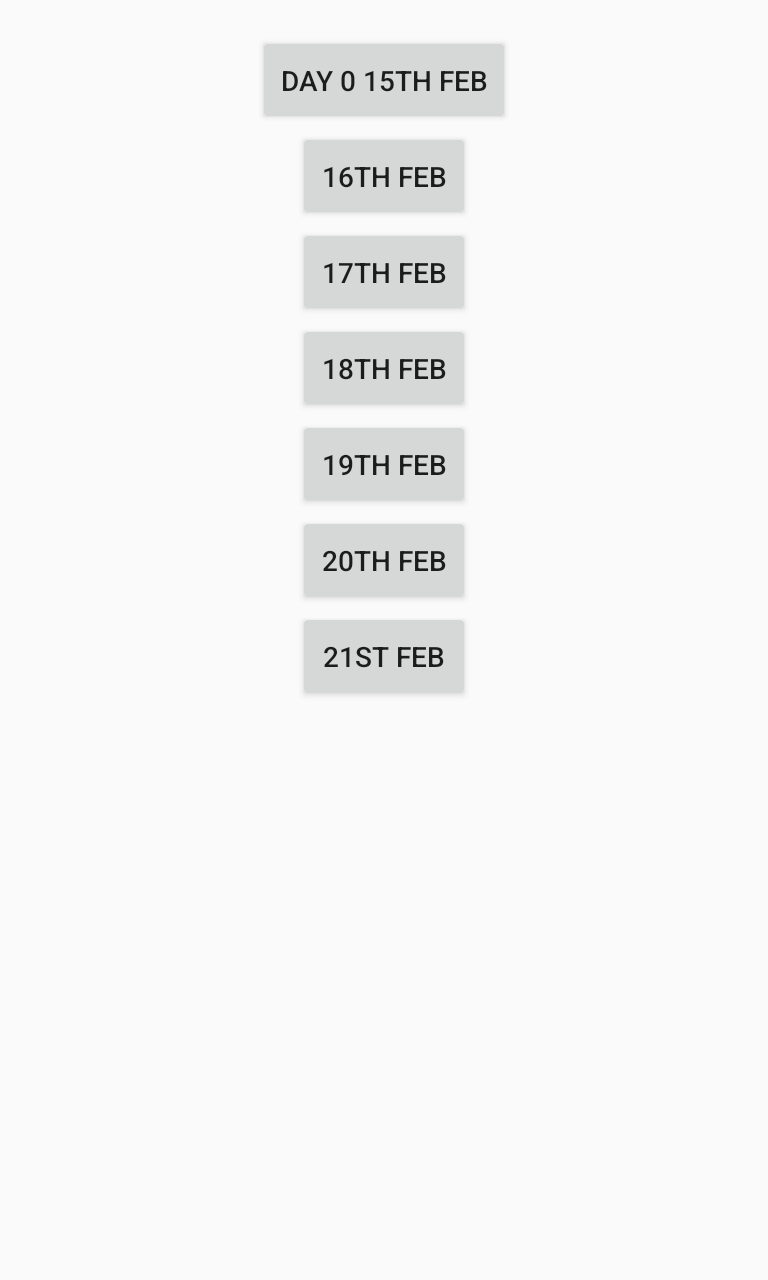
Repository: Attaphon1996/Engineering-Stuff
Layout: OSource/Android Play/Android_Projects/YASH15.0/res/layout/activity_main.xml
An editor plug-in stored every save of this project. The layout is shown before and after the next save, followed by the edit.
It is drawn on a 768 x 1280 px phone screen (xhdpi) without system bars, with theme AppTheme; the app's code is not run.

Above is the layout before, as saved 2015-02-08 04:47:00.

### OSource/Android Play/Android_Projects/YASH15.0/res/layout/activity_main.xml
<LinearLayout xmlns:android="http://schemas.android.com/apk/res/android"
    xmlns:tools="http://schemas.android.com/tools"
    android:layout_width="match_parent"
    android:layout_height="match_parent"
    android:paddingBottom="@dimen/activity_vertical_margin"
    android:paddingLeft="@dimen/activity_horizontal_margin"
    android:paddingRight="@dimen/activity_horizontal_margin"
    android:paddingTop="@dimen/activity_vertical_margin"
    tools:context="com.mundheyrohan.yash15.MainActivity"
    android:orientation="vertical"
    >

    <Button
        android:id="@+id/day0"
        android:layout_width="wrap_content"
        android:layout_height="wrap_content"
        android:text="@string/day0"

        android:layout_gravity="center" />
    <Button
        android:id="@+id/day1"
        android:layout_width="wrap_content"
        android:layout_height="wrap_content"
        android:text="@string/day1"
        android:layout_gravity="center" />
    <Button
        android:id="@+id/day2"
        android:layout_width="wrap_content"
        android:layout_height="wrap_content"
        android:text="@string/day2"
        android:layout_gravity="center" />
    <Button
        android:id="@+id/day3"
        android:layout_width="wrap_content"
        android:layout_height="wrap_content"
        android:text="@string/day3"
        android:layout_gravity="center" />
    <Button
        android:id="@+id/day4"
        android:layout_width="wrap_content"
        android:layout_height="wrap_content"
        android:text="@string/day4"
        android:layout_gravity="center" />
    <Button
        android:id="@+id/day5"
        android:layout_width="wrap_content"
        android:layout_height="wrap_content"
        android:text="@string/day5"
        android:layout_gravity="center" />
    <Button
        android:id="@+id/day6"
        android:layout_width="wrap_content"
        android:layout_height="wrap_content"
        android:text="@string/day6"
        android:layout_gravity="center" />

</LinearLayout>

### OSource/Android Play/Android_Projects/YASH15.0/res/values/strings.xml
<?xml version="1.0" encoding="utf-8"?>
<resources>

    <string name="app_name">YASH 15.0</string>
    <string name="hello_world">Hello world!</string>
    <string name="action_settings">Settings</string>
    <string name="day0">Day 0 <BR></BR>15th Feb</string>
    <string name="day1">16th Feb</string>
    <string name="day2">17th Feb</string>
    <string name="day3">18th Feb</string>
    <string name="day4">19th Feb</string>
    <string name="day5">20th Feb</string>
    <string name="day6">21st Feb</string>
    <string name="technical">Technical</string>
    <string name="cultural">Cultural</string>
    <string name="sports">Sports</string>


</resources>

Loaded but not shown: OSource/Android Play/Android_Projects/YASH15.0/res/values/styles.xml (common file); OSource/Android Play/Android_Projects/YASH15.0/res/values-v11/styles.xml (common file); OSource/Android Play/Android_Projects/YASH15.0/res/values-v14/styles.xml (common file); OSource/Android Play/Android_Projects/YASH15.0/res/values/dimens.xml (common file); OSource/Android Play/Android_Projects/YASH15.0/res/values-w820dp/dimens.xml (common file)

After the next save:
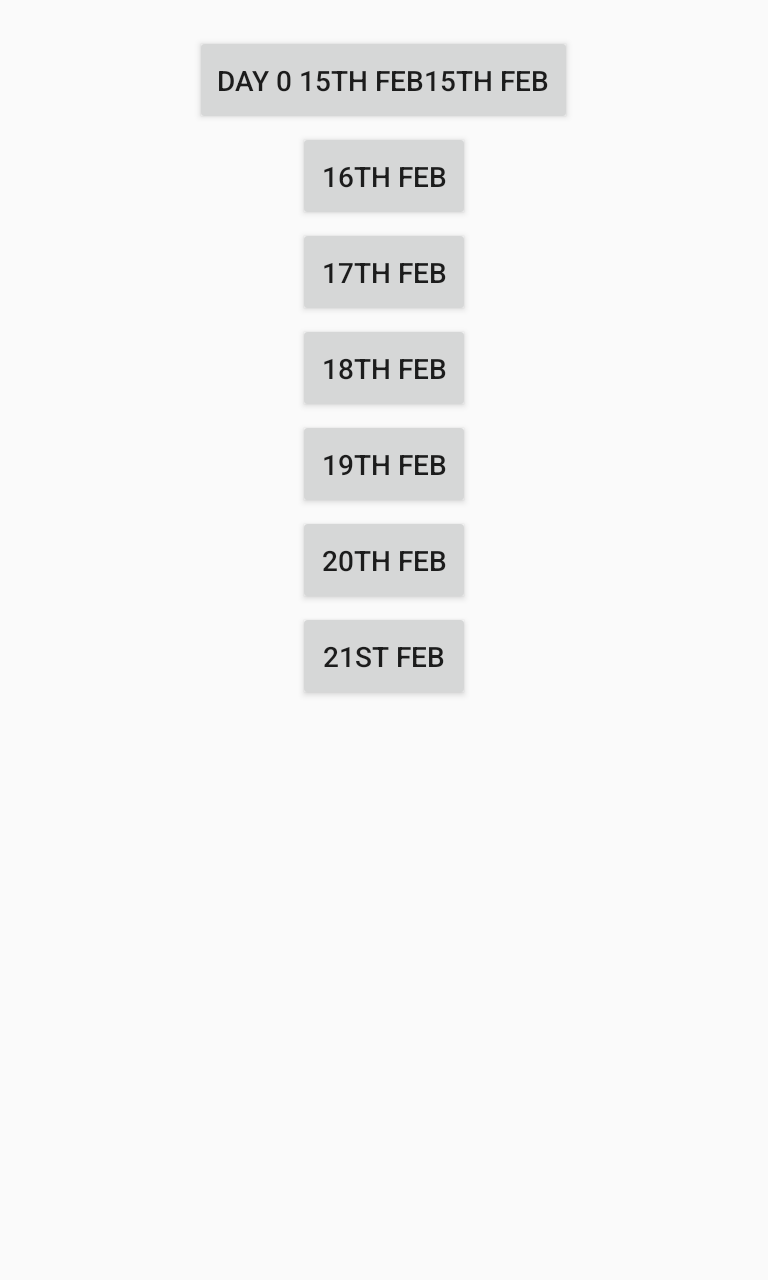
Saved 20 s later.
--- a/OSource/Android Play/Android_Projects/YASH15.0/res/values/strings.xml
+++ b/OSource/Android Play/Android_Projects/YASH15.0/res/values/strings.xml
@@ -4,7 +4,7 @@
     <string name="app_name">YASH 15.0</string>
     <string name="hello_world">Hello world!</string>
     <string name="action_settings">Settings</string>
-    <string name="day0">Day 0 <BR></BR>15th Feb</string>
+    <string name="day0">Day 0 <BR>15th Feb</BR>15th Feb</string>
     <string name="day1">16th Feb</string>
     <string name="day2">17th Feb</string>
     <string name="day3">18th Feb</string>

After the save that followed:
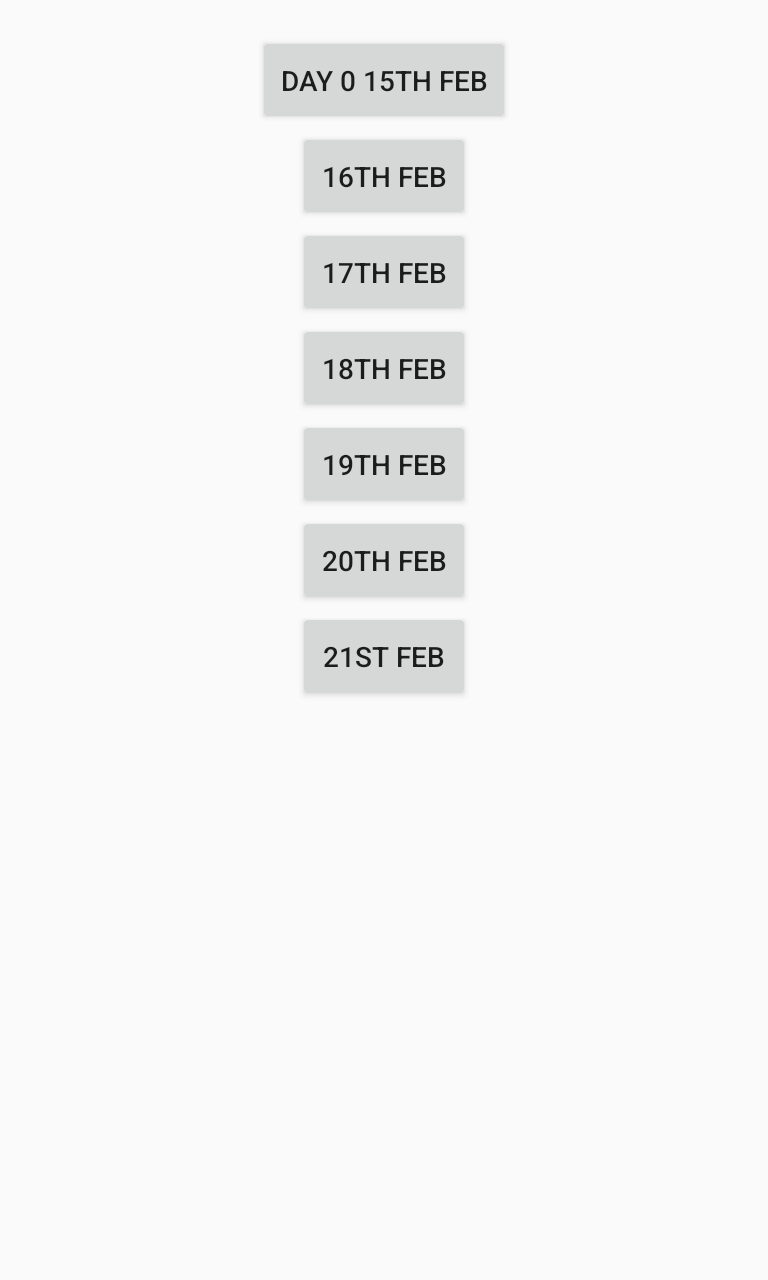
Saved 5 s later.
--- a/OSource/Android Play/Android_Projects/YASH15.0/res/values/strings.xml
+++ b/OSource/Android Play/Android_Projects/YASH15.0/res/values/strings.xml
@@ -4,7 +4,7 @@
     <string name="app_name">YASH 15.0</string>
     <string name="hello_world">Hello world!</string>
     <string name="action_settings">Settings</string>
-    <string name="day0">Day 0 <BR>15th Feb</BR>15th Feb</string>
+    <string name="day0">Day 0 <BR>15th Feb</BR></string>
     <string name="day1">16th Feb</string>
     <string name="day2">17th Feb</string>
     <string name="day3">18th Feb</string>
